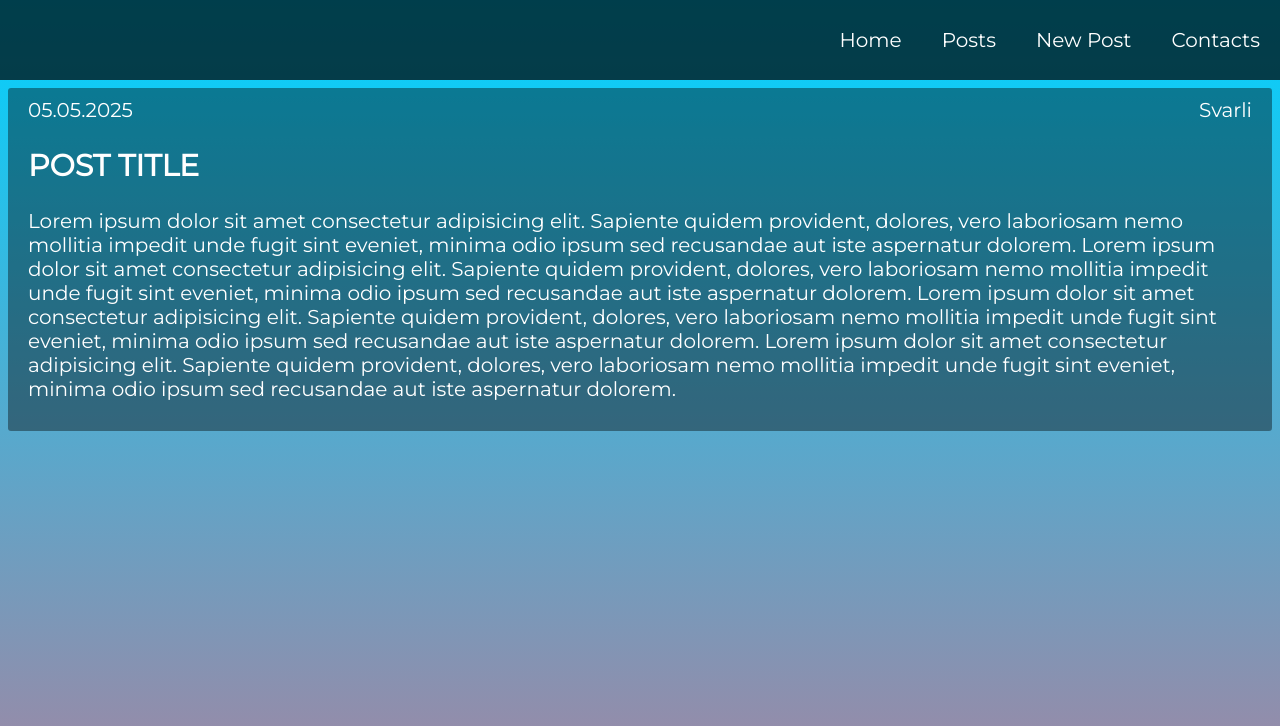
Repository: EgorSherstnev/https---github.com-EgorSherstnev-Node_FirstProject
Page: http://localhost/posts/1
The author's editor kept a copy of each file at every save. The page is drawn from the files as they stood at one save, then again after the next save.
The browser window is 1280 px wide. The pictures show the whole page.
The page is served by the project's Node server (server.js).

Above is the page before, as saved 2023-03-13 21:12:30.

### ejs-views/post.ejs
<!DOCTYPE html>
<html lang="en">
<%- include('./partials/head.ejs') %>
<body>
  <%- include('./partials/nav.ejs') %>
  <article>
    <div class="info">
      <span><%= post.date %></span>
      <span><%= post.author %></span>
    </div>
    <h1>Post title</h1>
    <p>
      Lorem ipsum dolor sit amet consectetur adipisicing elit. Sapiente quidem provident, dolores, vero laboriosam nemo mollitia impedit unde fugit sint eveniet, minima odio ipsum sed recusandae aut iste aspernatur dolorem.
      Lorem ipsum dolor sit amet consectetur adipisicing elit. Sapiente quidem provident, dolores, vero laboriosam nemo mollitia impedit unde fugit sint eveniet, minima odio ipsum sed recusandae aut iste aspernatur dolorem.
      Lorem ipsum dolor sit amet consectetur adipisicing elit. Sapiente quidem provident, dolores, vero laboriosam nemo mollitia impedit unde fugit sint eveniet, minima odio ipsum sed recusandae aut iste aspernatur dolorem.
      Lorem ipsum dolor sit amet consectetur adipisicing elit. Sapiente quidem provident, dolores, vero laboriosam nemo mollitia impedit unde fugit sint eveniet, minima odio ipsum sed recusandae aut iste aspernatur dolorem.
    </p>
  </article>
</body>
</html>

### ejs-views/partials/head.ejs
<head>
   <meta charset="UTF-8">
   <title>Node.js Course | <%= title %></title>
   <link rel="preconnect" href="https://fonts.gstatic.com">
   <link href="https://fonts.googleapis.com/css2?family=Montserrat&display=swap" rel="stylesheet">
   <link rel="stylesheet" href="/main.css">
 </head>

### server.js
const express = require('express');
const path = require('path');
const morgan = require('morgan');

const app = express();

app.set('view engine', 'ejs');

const PORT = 3000;

const createPath = (page) => path.resolve(__dirname, 'ejs-views', `${page}.ejs`);

app.listen(3000, (error) => {
   error ? console.log(error) : console.log(`listening port ${PORT}`);
});

app.use(morgan(':method :url :status :res[content-length] - :response-time ms'));

app.use(express.static('styles'));

app.get('/', (req, res) => {
   const title = 'Home';
   res.render(createPath('index'), { title })
});

app.get('/contacts', (req, res) => {
   const title = 'Contacts';
   const contacts = [
      { name: 'Youtube', link: 'http://youtube.com/YauhenKavalchuk' },
      { name: 'Twitter', link: 'http://twitter.com/YauhenKavalchuk' },
      { name: 'Github', link: 'http://github.com/YauhenKavalchuk' },
   ];
   res.render(createPath('contacts'), { contacts, title });
});

app.get('/posts/:id', (req, res) => {
   const title = 'Post';
   const post = {
      id: '1',
      text: 'Lorem ipsum dolor sit amet, consectetur adipiscing elit. Cras dictum ut dolor a ullamcorper. Sed eu metus eget nibh consequat sollicitudin sed ac augue. Donec interdum aliquam nunc sed pretium. Integer id pulvinar neque. Fusce nisl magna, eleifend non tortor vel, accumsan rhoncus mauris. Vestibulum dignissim pellentesque malesuada. Nam pellentesque vehicula turpis, dictum aliquet elit euismod quis. Praesent consequat ante dapibus lorem ullamcorper consequat.Vivamus leo lacus, convallis at elementum ut, aliquam ut dui. Vivamus justo mi, sagittis mattis semper vitae, varius a mauris. Ut et eros ac lorem condimentum placerat ac vel metus. Phasellus tincidunt nulla ut laoreet ullamcorper. Phasellus felis massa, aliquet vitae tristique ac, pretium quis mauris. Morbi sollicitudin faucibus velit id tristique. Duis vulputate finibus nisi non fringilla. Etiam ultricies id lectus et ultrices. Nulla a turpis justo.Sed ut ultrices dolor. Mauris ac diam feugiat, fermentum purus interdum, auctor nulla. Donec nisl orci, placerat in turpis ut, vehicula scelerisque eros. Vivamus consequat auctor dolor, a laoreet libero eleifend a. Aliquam erat volutpat. Aliquam dapibus rhoncus vehicula. Interdum et malesuada fames ac ante ipsum primis in faucibus. Proin eu ex nec turpis finibus elementum eu sit amet diam. Sed sapien erat, consequat sed vehicula ut, faucibus ut lacus. Mauris fringilla leo sed condimentum maximus. Vivamus egestas lobortis arcu, aliquam fermentum elit mollis in. Vestibulum sem lectus, fermentum id pulvinar vitae, tristique sit amet turpis.In hac habitasse platea dictumst. Class aptent taciti sociosqu ad litora torquent per conubia nostra, per inceptos himenaeos. Aliquam luctus vel orci quis dignissim. Nullam sagittis, ante ut faucibus semper, sapien justo ultrices nulla, id gravida nisi lorem ut velit. Praesent eget ultricies lacus. Aliquam ac tellus egestas, sagittis nunc eget, faucibus augue. In erat nunc, hendrerit ac congue eget, accumsan sit amet lacus. Integer non lectus lacinia, pretium sapien a, pretium velit. Curabitur eget ipsum condimentum, laoreet arcu sit amet, ornare ipsum. Fusce imperdiet faucibus velit, quis rutrum risus lobortis eget. Mauris ullamcorper tellus porta justo venenatis, a hendrerit justo vehicula. Maecenas gravida, metus accumsan euismod tempus, felis erat sodales ex, eget rhoncus purus justo commodo leo. Fusce luctus placerat mauris nec ultricies. Ut sem purus, imperdiet eget mauris sed, vehicula porta orci.Praesent aliquam auctor nulla nec egestas. In dictum, ante sed ultrices pretium, lectus libero congue mi, sed dignissim leo nunc sed eros. Maecenas non est at mauris malesuada molestie eget vel nibh. In at pellentesque neque, at commodo risus. Nunc et pharetra nisl. Aenean aliquam ex a lectus cursus pretium. Maecenas iaculis magna ante, quis ultricies diam ornare in. Nunc in nunc in ex tempor varius eget eu dui. Praesent quis gravida tellus. Class aptent taciti sociosqu ad litora torquent per conubia nostra, per inceptos himenaeos. Nullam eget est dictum, cursus nisi id, tempor dolor. Praesent dapibus et felis in dictum. Quisque feugiat ultrices nunc, vel interdum lorem. Sed dictum pellentesque est, at rutrum neque pellentesque vitae. Morbi a ex libero.',
      title: 'Post title',
      date: '05.05.2025',
      author: 'Svarli',
   }
   res.render(createPath('post'), { title, post });
});

app.get('/posts', (req, res) => {
   const title = 'Posts';
   res.render(createPath('posts'), { title });
});

app.get('/add-post', (req, res) => {
   const title = 'Add post';
   res.render(createPath('add-post'), { title });
});

app.use((req, res) => {
   const title = 'Error Page';
   res
      .status(404)
      .render(createPath('error'), { title });
});

### styles/main.css
body {
  padding-top: 80px;
  min-height: calc(100vh - 90px);
  font-family: "Montserrat", sans-serif;
  font-size: 20px;
  background: linear-gradient(to bottom, #00d2ff, #928dab);
  color: #fff;
}

h1 {
  text-transform: uppercase;
}

nav {
  position: absolute;
  top: 0;
  left: 0;
  right: 0;
  min-height: 60px;
  display: flex;
  justify-content: flex-end;
  background-color: rgba(0, 0, 0, 0.7);
}

nav ul {
  margin: 0;
  display: flex;
}

nav a {
  min-height: 60px;
  display: block;
  padding: 10px 20px;
  line-height: 60px;
}

li {
  list-style: none;
}

ul {
  padding: 0;
}

a {
  text-decoration: none;
  color: #fff;
}

article {
  background-color: rgba(0, 0, 0, 0.4);
  padding: 10px 20px;
  border-radius: 3px;
  margin-bottom: 10px;
}

.info {
  display: flex;
  justify-content: space-between;
}

h2 a {
  color: aqua;
}

form {
  background-color: rgba(0, 0, 0, 0.4);
  padding: 10px 20px;
  border-radius: 3px;
  display: flex;
  flex-direction: column;
}

form div {
  margin-bottom: 20px;
  display: flex;
}

form div label {
  display: flex;
  flex-direction: column;
  flex: 1;
}

.form-info {
  justify-content: space-between;
  gap: 20px;
}

input,
textarea {
  min-height: 30px;
  border: 1px solid #000;
  background-color: rgba(0, 0, 0, 0.4);
  color: #fff;
  font-size: 18px;
  padding: 3px 5px;
  outline: none;
}

textarea {
  resize: none;
  min-height: 150px;
}

.form-button {
  display: flex;
  justify-content: flex-end;
}

.form-button input {
  text-transform: uppercase;
  padding: 10px 15px;
  cursor: pointer;
}

.form-button input:hover {
  background-color: rgba(0, 0, 0, 0.6);
}

.home,
.error {
  display: flex;
  min-height: 100vh;
  align-items: center;
  justify-content: center;
  flex-direction: column;
  font-family: "Montserrat", sans-serif;
  font-size: 20px;
  background: linear-gradient(to bottom, #00d2ff, #928dab);
  color: #fff;
  padding-top: 0;
}

.error h1 {
  margin-top: 0;
}

.contacts li {
  list-style-type: circle;
  padding-left: 20px;
  list-style-position: inside;
}

.error-code {
  text-transform: uppercase;
  font-size: 160px;
  margin-bottom: 20px;
}

Loaded but not shown: ejs-views/partials/nav.ejs (common file)

After the next save:
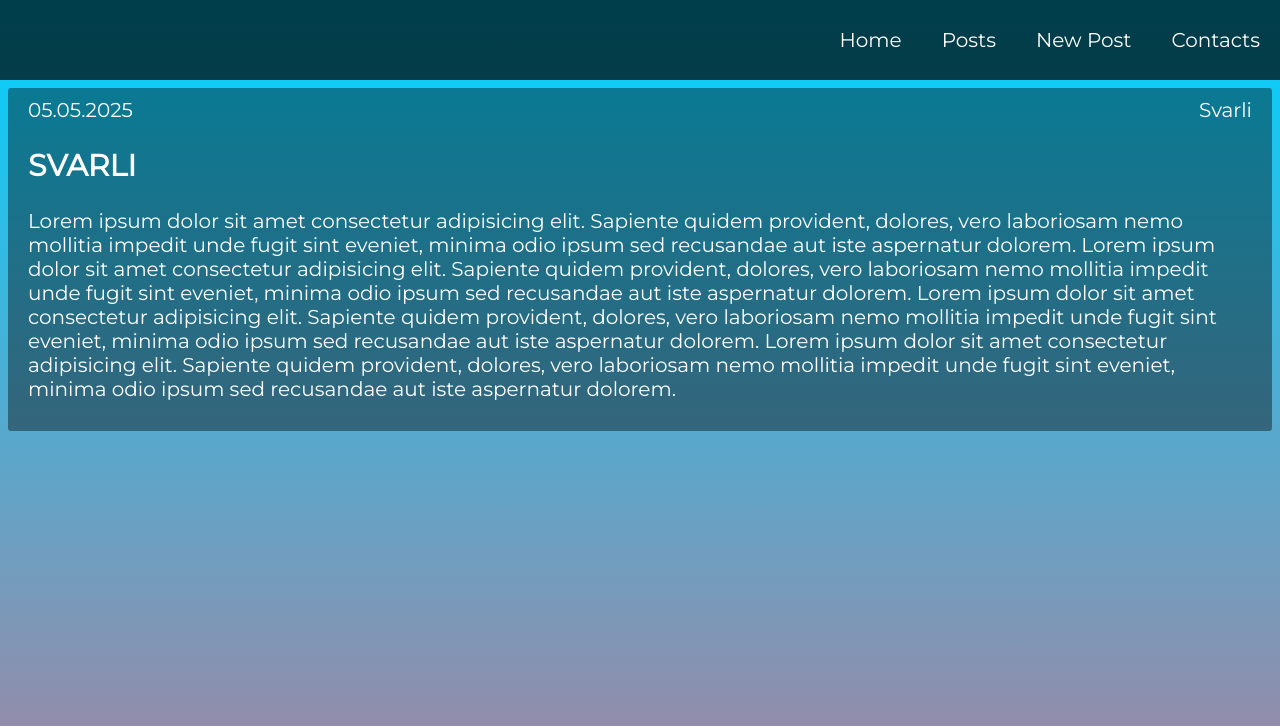
Saved 19 s later.
--- a/ejs-views/post.ejs
+++ b/ejs-views/post.ejs
@@ -8,7 +8,7 @@
       <span><%= post.date %></span>
       <span><%= post.author %></span>
     </div>
-    <h1>Post title</h1>
+    <h1><%= post.author %></h1>
     <p>
       Lorem ipsum dolor sit amet consectetur adipisicing elit. Sapiente quidem provident, dolores, vero laboriosam nemo mollitia impedit unde fugit sint eveniet, minima odio ipsum sed recusandae aut iste aspernatur dolorem.
       Lorem ipsum dolor sit amet consectetur adipisicing elit. Sapiente quidem provident, dolores, vero laboriosam nemo mollitia impedit unde fugit sint eveniet, minima odio ipsum sed recusandae aut iste aspernatur dolorem.

After the save that followed:
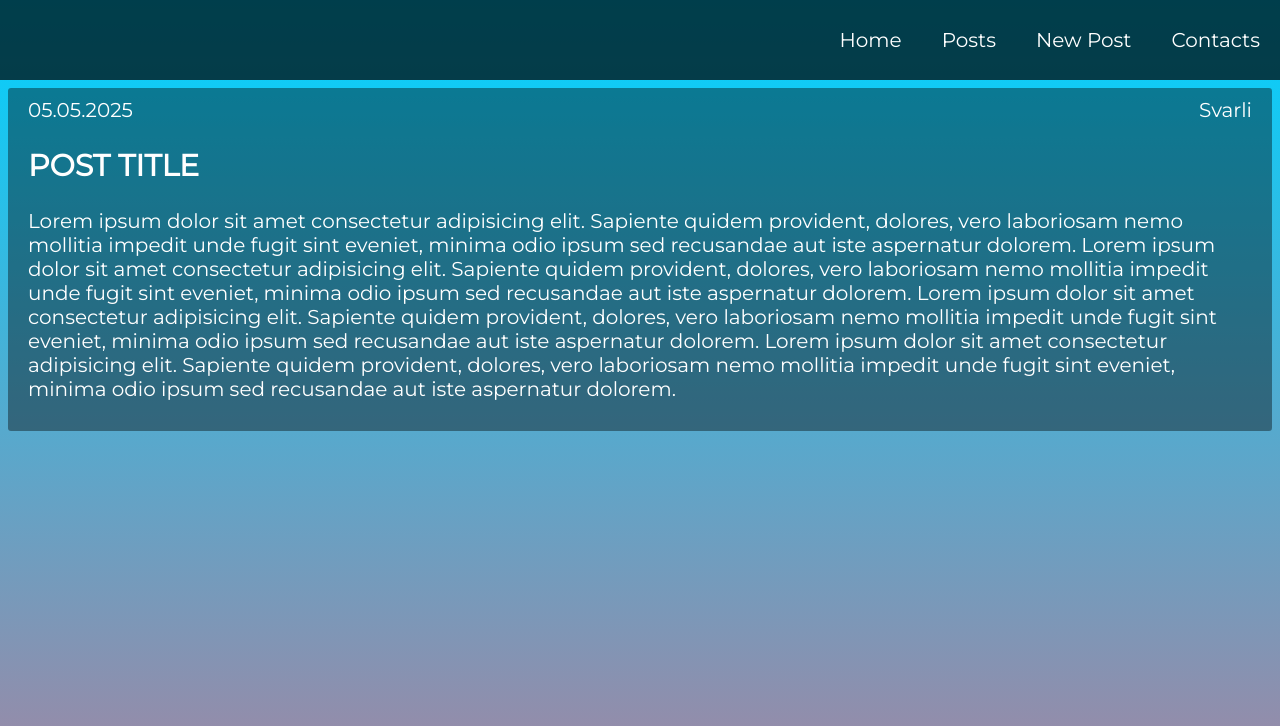
Saved 18 s later.
--- a/ejs-views/post.ejs
+++ b/ejs-views/post.ejs
@@ -8,7 +8,7 @@
       <span><%= post.date %></span>
       <span><%= post.author %></span>
     </div>
-    <h1><%= post.author %></h1>
+    <h1><%= post.title %></h1>
     <p>
       Lorem ipsum dolor sit amet consectetur adipisicing elit. Sapiente quidem provident, dolores, vero laboriosam nemo mollitia impedit unde fugit sint eveniet, minima odio ipsum sed recusandae aut iste aspernatur dolorem.
       Lorem ipsum dolor sit amet consectetur adipisicing elit. Sapiente quidem provident, dolores, vero laboriosam nemo mollitia impedit unde fugit sint eveniet, minima odio ipsum sed recusandae aut iste aspernatur dolorem.
